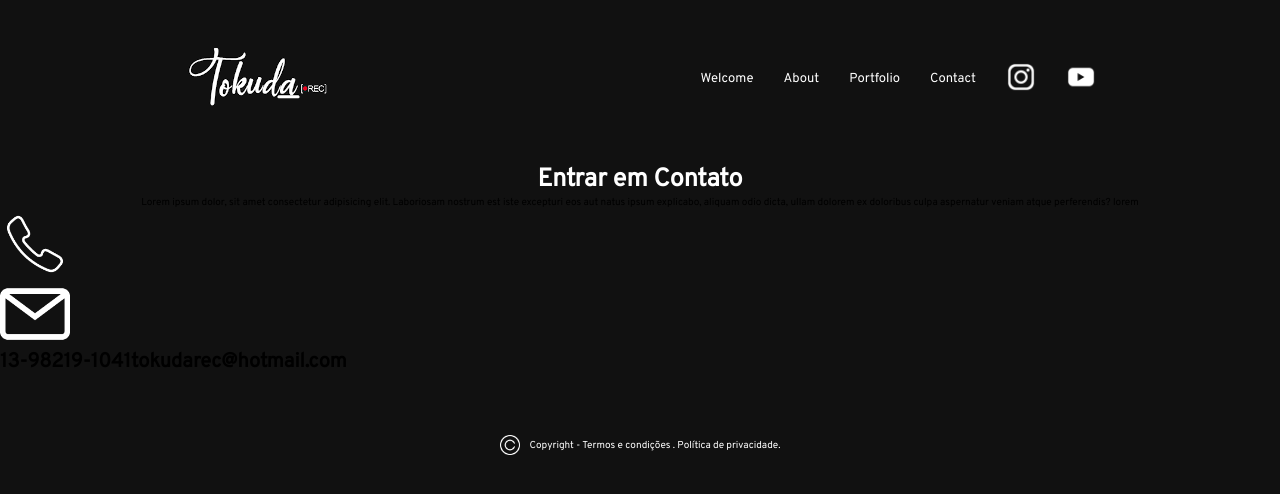
Repository: Lucasbeze/Project-FilmMaker
Page: projeto-alex/pages/contact.html
These files come from the project's save history. The page is drawn as it stood at one moment and after the next save; the edit follows.
The browser window is 1280 px wide. The pictures show the whole page.

Above is the page before, as saved 2022-08-26 16:34:17.

### projeto-alex/pages/contact.html
<!DOCTYPE html>
<html lang="pt-br">
<head>
  <meta charset="UTF-8">
  <meta http-equiv="X-UA-Compatible" content="IE=edge">
  <meta name="viewport" content="width=device-width, initial-scale=1.0">
  <title>Contact</title>
  <link rel="stylesheet" href="/css/contact.css">
  <link rel="shortcut icon" href="../imagens/faviconlogo.png" type="image/x-icon">
</head>
<body>
  <header>
    <a href="/"><img src="../imagens/logonovo.png" alt="logo-alextokuda"></a>
    <nav>
      <a href="/">Welcome</a>
      <a href="/about">About</a>
      <a href="/portfolio">Portfolio</a>
      <a href="/contact">Contact</a>
      <a href="https://www.instagram.com/" target="_blank"><img src="../imagens/instagram.png" alt="icon-instagram"></a>
      <a href="https://www.youtube.com/" target="_blank"><img src="../imagens/youtube.png" alt="icon-youtube"></a>
    </nav>
  </header>
  <main>
    <div class="main-page">
      <h1>Entrar em Contato</h1>
      <p>Lorem ipsum dolor, sit amet consectetur adipisicing elit. Laboriosam nostrum est iste excepturi eos aut natus ipsum explicabo, aliquam odio dicta, ullam dolorem ex doloribus culpa aspernatur veniam atque perferendis? lorem</p>
    </div>
    <div class="img">
        <img src="../imagens/telefone (1).png" alt="icon-telefone">
        <img src="../imagens/o-email.png" alt="icone-meial">
      </div>
      <div class="content">
        <h1>13-98219-1041</h1>

        <h1>tokudarec@hotmail.com</h1>
      </div>


  </main>
  <footer>
    <img src="../imagens/copyright.png" alt="copyright-icon">
    <p>Copyright - Termos e condições . Política de privacidade. </p>
  </footer>

### projeto-alex/css/contact.css
@import url('https://fonts.googleapis.com/css2?family=Overpass&display=swap');

*{
  margin:0;
  padding:0;
  box-sizing:border-box;
}
:root {
  --main-bg-color:#111111;
  --text-color:#FFFFFF;
  --ff-text:'Overpass', sans-serif;
  --color-button: #D9D9D9;
  --color-butttonh:#afafaf ;
  font-size: 62.5%;
}
body{
  background-color:var(--main-bg-color);
  font-family:'Overpass', sans-serif;;
}
header{
  margin-top: 4.4rem;
  display: flex;
  align-items: center;
  justify-content: space-around;

}
header nav{
  font-size: 1.3rem;
  display: flex;
  align-items:center;
  gap: 30px;
}
header nav a {
  text-decoration: none;
  color:var(--text-color);
}
header nav img {
  width: 30px;
}
main {
  text-align: center;
}
.main-page {
  display: flex;
  align-items: center;
  flex-direction: column;
  justify-content: center;
}
.main-page h1 {
  margin-top:5rem;
  color: var(--text-color);
  font-size: 2.5rem;
}
.img img{
  display: flex;
  width: 7rem;
}
.content {
  display: flex;
}
footer{
  margin-top: 6rem;
  display:flex;
  align-items: center;
  justify-content: center;
  align-content: center;
  gap: 1rem;
  color: var(--text-color);
}
footer img{
  width:20px;
}

After the next save:
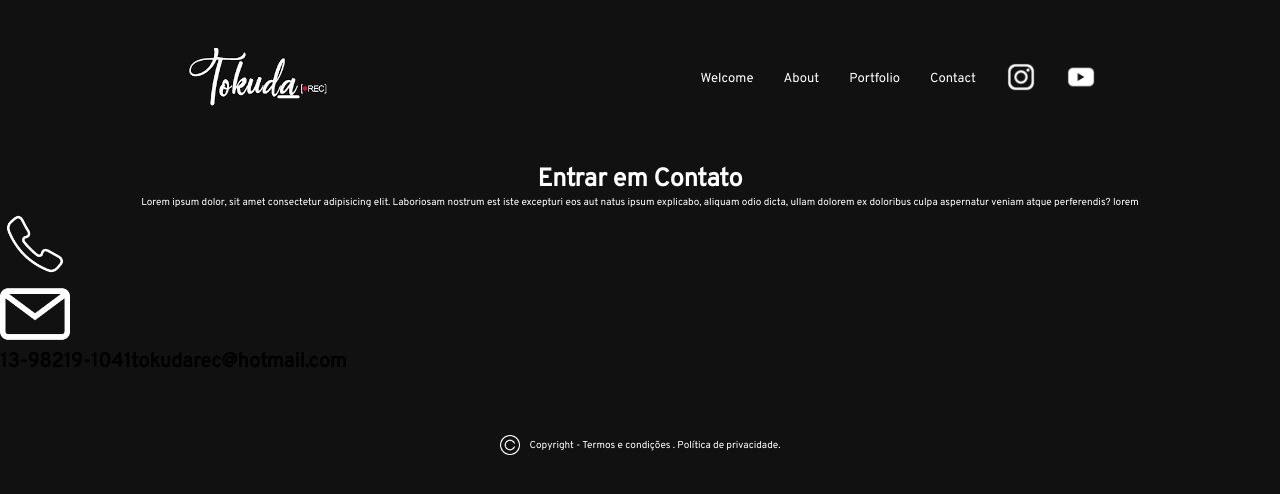
Saved 15 s later.
--- a/projeto-alex/css/contact.css
+++ b/projeto-alex/css/contact.css
@@ -51,6 +51,10 @@ main {
   color: var(--text-color);
   font-size: 2.5rem;
 }
+.main-page p {
+  color: var(--text-color);
+
+}
 .img img{
   display: flex;
   width: 7rem;
